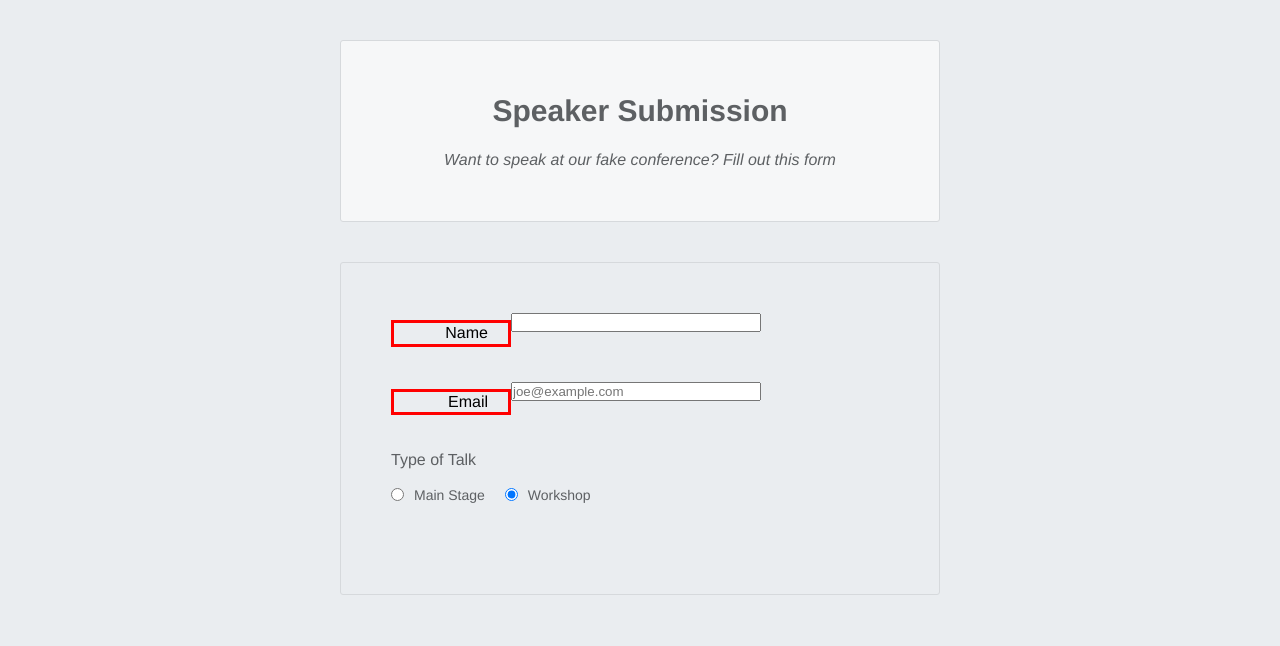
Repository: randomUser134923/pet-projects
Page: CSS_practice/7_forms/index.html
The author's editor kept a record of every edit. The page is drawn from the files as they stood at one moment, then again after the next edit.
The browser window is 1280 px wide. The pictures show the whole page.

Above is the page before.

### CSS_practice/7_forms/index.html
<!DOCTYPE html>
<html lang='en'>
    <head>
        <meta charset='UTF-8'/>
        <title>Speaker Submission</title>
        <link rel='stylesheet' href='style.css'/>
    </head>

    <body>
        <header class='speaker-form-header'>
            <h1> Speaker Submission </h1>
            <p><em>Want to speak at our fake conference? Fill out this form</em></p>
        </header>

        <form action='' method='get' class='speaker-form'>
            <div class='form-row'>
                <label for='full name'>Name</label>
                <input id='full-name' name='full-name' type='text'/>
            </div>

            <div class='form-row'>
                <label for='email'>Email</label>
                <input id='email' name='email' type='email' placeholder='joe@example.com'/>
            </div>

            <fieldset class='legacy-form-row'>
              <legend>Type of Talk</legend>
              <input id='talk-type-1'
                     name='talk-type'
                     type='radio'
                     value='main-stage' />
              <label for='talk-type-1' class='radio-label'>Main Stage</label>
              <input id='talk-type-2'
                     name='talk-type'
                     type='radio'
                     value='workshop'
                     checked />
              <label for='talk-type-2' class='radio-label'>Workshop</label>
            </fieldset>

        </form>
    </body>
</html>

### CSS_practice/7_forms/style.css
* {
    margin: 0;
    padding: 0;
    box-sizing: border-box;
}

body {
    color: #5D6063;
    background-color: #EAEDF0;
    font-family: "Helvetica", "Arial", sans-serif;
    font-size: 16px;
    line-height: 1.3;
    display: flex;
    flex-direction: column;
    align-items: center;
}

.speaker-form-header {
    text-align: center;
    background-color: #F6F7F8;
    border: 1px solid #D6D9DC;
    border-radius: 3px;
    width: 80%;
    margin: 40px 0;
    padding: 50px;
}

.speaker-form-header h1 {
    font-size: 30px;
    margin-bottom: 20px;
}

.speaker-form {
    bacgkround-color: #F6F7F8;
    border: 1px solid #D6D9DC;
    border-radius: 3px;
    width: 80%;
    padding: 50px;
    margin: 0 0 40px 0;
}

.form-row {
    margin-bottom: 40px;
    display: flex;
    justify-content: flex-start;
    flex-direction: column;
    flex-wrap: wrap;
}

.form-row input[type='text']
.form-row input[type='email']
{
    background-color: #FFFFFF;
    border: 1px solid #D6D9DC;
    border-radius: 3px;
    width: 100%;
    padding: 7px;
    font-size: 14px;
}

.form-row label {
    margin-bottom: 15px;
}


.form-row input[type='text']:invalid,
.form-row input[type='email']:invalid
{
    border: 1px solid #5DDC5F;
    color: #D55C5F;
}

.legacy-form-row {
    border: none;
    margin-bottom: 40px;
}

.legacy-form-row legend {
    margin-bottom:15px;
}

.legacy-form-row .radio-label {
    display: block;
    font-size: 14px;
    padding: 0 20px 0 10px;
}

.legacy-form-row input[type='radio'] {
    margin-top: 2px;
}

.legacy-form-row .radio-label ,
.legacy-form-row input[type='radio'] {
    float:left;
}

@media only screen and (min-width: 700px) {


    .speaker-form-header , .speaker-form {
        width: 600px;
    }

    .form-row {
        flex-direction: row;
        align-items: flex-start;
        margin-bottom: 20px;
    }

    .form-row input[type='text'],
    .form-row input[type='email'],
    .from-row select,
    .from-row textarea
    {
        width: 250px;
        height: initial;
    }


    .form-row label {
        text-align: right;
        width: 120px;
        color: black;
        margin-top: 7px;
        padding-right: 20px;
        border: 3px solid red;
    }




}

After the next edit:
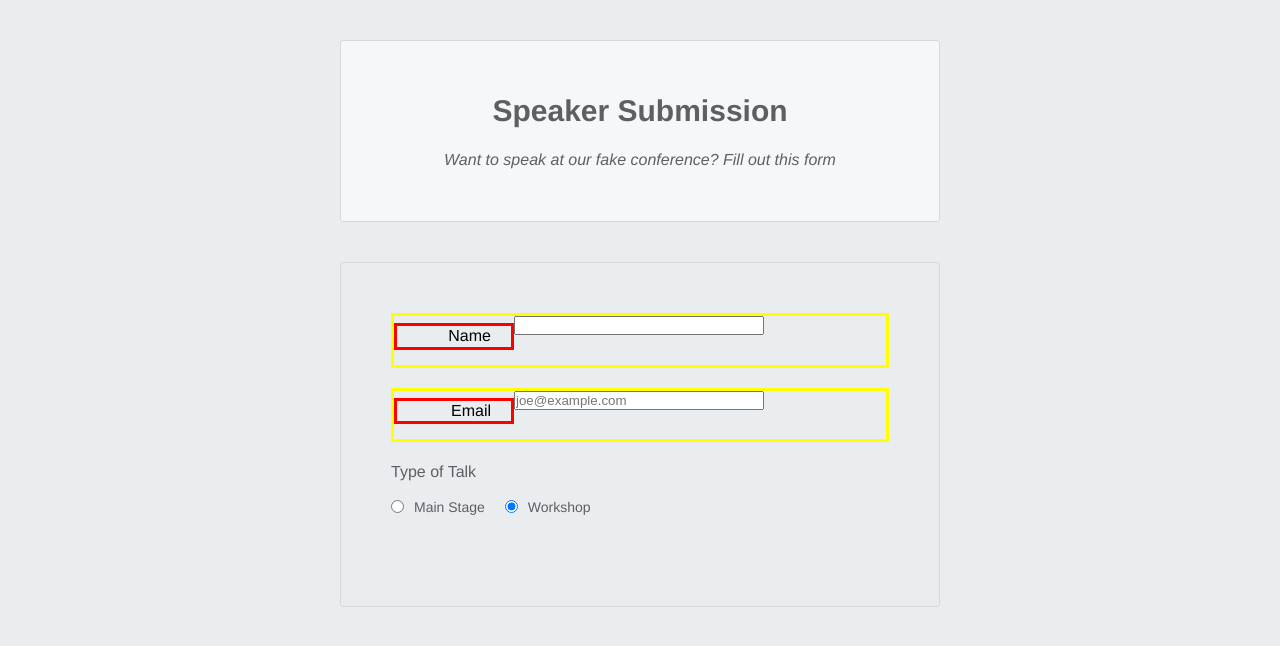
The edit:
--- a/CSS_practice/7_forms/style.css
+++ b/CSS_practice/7_forms/style.css
@@ -105,6 +105,7 @@
         flex-direction: row;
         align-items: flex-start;
         margin-bottom: 20px;
+        border: 3px solid yellow;
     }
 
     .form-row input[type='text'],
